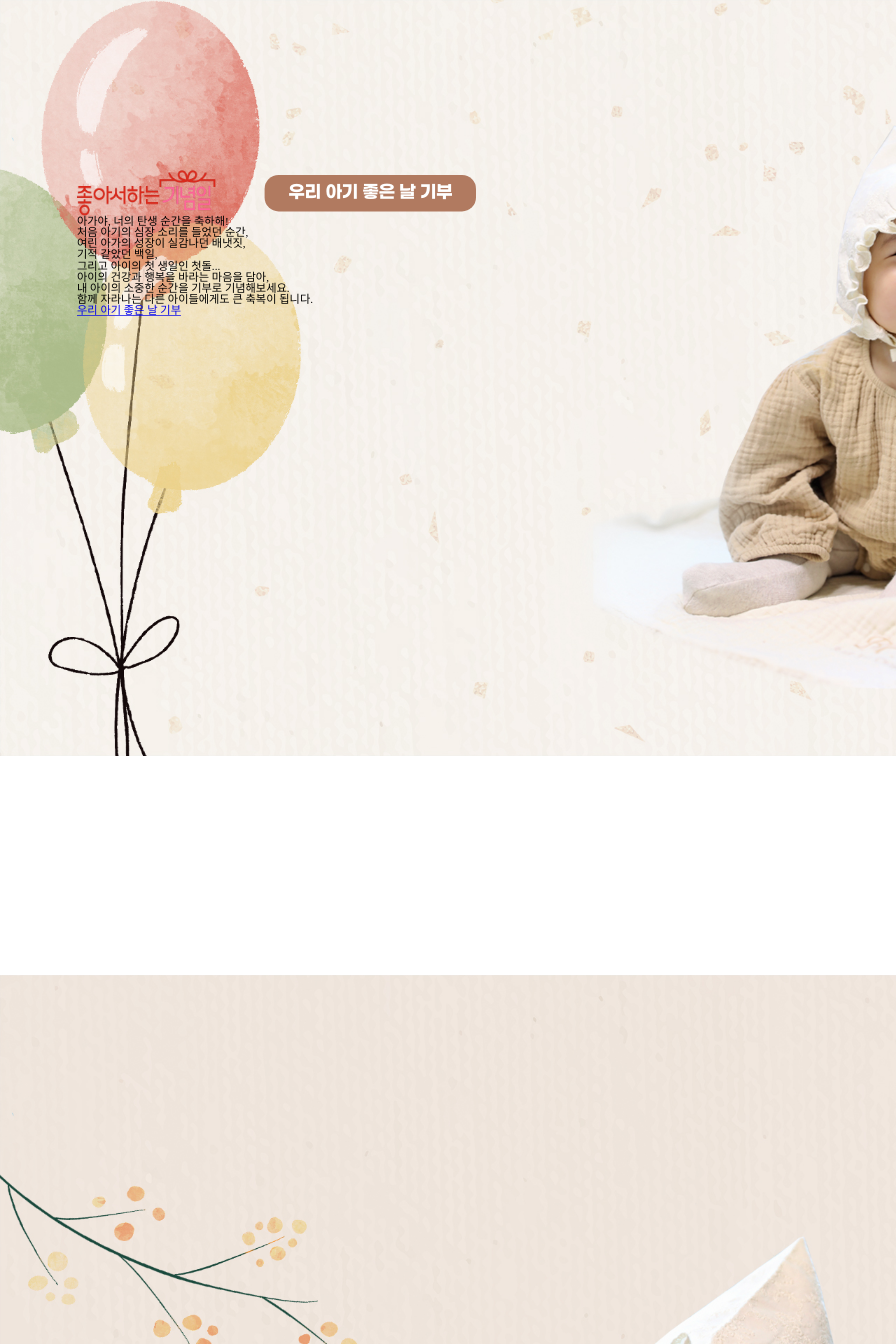
Repository: dlgywls1130/save_the_children
Page: index.html
These files come from the project's save history. The page is drawn as it stood at one moment and after the next save; the edit follows.
The browser window is 1280 px wide. The pictures show the part of the page from y = 0 to 1920 px (the page is 5153 px tall), at 70% of full size.

Above is the page before, as saved 2023-12-12 20:45:08.

### index.html
<!DOCTYPE html>
<html lang="en">
<head>
    <meta charset="UTF-8">
    <meta name="viewport" content="width=device-width, initial-scale=1.0">
    <title>세이브더칠드런</title>

    <link rel="stylesheet" href="./css/reset.css">
    <link rel="stylesheet" href="./css/style.css">
</head>
<body>
    <div class="content_body">
        <section class="section_wrapper section01">
            <div class="se01 se_wrapper">
                <div class="se01_sub">
                    <div class="sub_logo">
                        <img src="./img/logo01.png" alt="logo">
                    </div>
                    <p>우리 아기 좋은 날 기부</p>
                </div>
                <div class="seo01_title">
                    아가야,
                    너의 <span>탄생</span> 순간을 축하해!
                </div>
                <p class="section_descript">
                    처음 아기의 심장 소리를 들었던 순간,
                    <br>여린 아가의 성장이 실감나던 배냇짓,
                    <br>기적 같았던 백일,
                    <br>그리고 아이의 첫 생일인 첫돌...
                </p>
                <p class="section_descript">
                    아이의 건강과 행복을 바라는 마음을 담아,
                    <br>내 아이의 소중한 순간을 기부로 기념해보세요.
                    <br>함께 자라나는 다른 아이들에게도 큰 축복이 됩니다.
                </p>

                <a href="javascript:void(0)">우리 아기 좋은 날 기부</a>
            </div>
        </section>
        <section class="section_wrapper section02">
            <div class="se02 se_wrapper">

            </div>
        </section>
        <section class="section_wrapper section03">

        </section>
        <section class="section_wrapper section04">

        </section>
        <section class="section_wrapper section05">

        </section>
        <section class="section_wrapper section06">

        </section>
        <section class="section_wrapper section07">

        </section>
        <section class="section_wrapper section08">

        </section>
    </div>
</body>
</html>

### css/reset.css


html, body, div, span, applet, object, iframe,
h1, h2, h3, h4, h5, h6, p, blockquote, pre,
a, abbr, acronym, address, big, cite, code,
del, dfn, em, img, ins, kbd, q, s, samp,
small, strike, strong, sub, sup, tt, var,
b, u, i, center,
dl, dt, dd, ol, ul, li,
fieldset, form, label, legend,
table, caption, tbody, tfoot, thead, tr, th, td,
article, aside, canvas, details, embed,
figure, figcaption, footer, header, hgroup,
menu, nav, output, ruby, section, summary,
time, mark, audio, video {
	margin: 0;
	padding: 0;
	border: 0;
	font-size: 100%;
	font: inherit;
	vertical-align: baseline;
}

article, aside, details, figcaption, figure,
footer, header, hgroup, menu, nav, section {
	display: block;
}
body {
	line-height: 1;
}
ol, ul {
	list-style: none;
}
blockquote, q {
	quotes: none;
}
blockquote:before, blockquote:after,
q:before, q:after {
	content: '';
	content: none;
}
table {
	border-collapse: collapse;
	border-spacing: 0;
}

### css/style.css


/* font */

/* dongle */
@font-face {
    font-family: 'Dongle';
    font-weight: 300;
    src: url('../font/Dongle-Light.ttf') format('ttf'),
    url('../font/Dongle-Light.woff') format('woff');
}

@font-face {
    font-family: 'Dongle';
    font-weight: 500;
    src: url('../font/Dongle-Regular.ttf') format('ttf'),
    url('../font/Dongle-Regular.woff') format('woff');
}

@font-face {
    font-family: 'Dongle';
    font-weight: 700;
    src: url('../font/Dongle-Bold.ttf') format('ttf'),
    url('../font/Dongle-Bold.woff') format('woff');
}


/* Gmarket */
@font-face {
    font-family: 'GmarketSans';
    font-weight: 300;
    src: url('../font/GmarketSansLight.ttf') format('ttf'),
    url('../font/GmarketSansLight.woff') format('woff');
}

@font-face {
    font-family: 'GmarketSans';
    font-weight: 500;
    src: url('../font/GmarketSansMedium.ttf') format('ttf'),
    url('../font/GmarketSansMedium.woff') format('woff');
}

@font-face {
    font-family: 'GmarketSans';
    font-weight: 700;
    src: url('../font/GmarketSansBold.ttf') format('ttf'),
    url('../font/GmarketSansBold.woff') format('woff');
}


/* nanumsqure */

@font-face {
    font-family: 'NanumSquare';
    font-weight: 400;
    src: url('../font/NanumSquareL.ttf') format('ttf'),
    url('../font/NanumSquareL.woff') format('woff');
}

@font-face {
    font-family: 'NanumSquare';
    font-weight: 500;
    src: url('../font/NanumSquareR.ttf') format('ttf'),
    url('../font/NanumSquareR.woff') format('woff');
}

@font-face {
    font-family: 'NanumSquare';
    font-weight: 600;
    src: url('../font/NanumSquareB.ttf') format('ttf'),
    url('../font/NanumSquareB.woff') format('woff');
}

@font-face {
    font-family: 'NanumSquare';
    font-weight: 700;
    src: url('../font/NanumSquareEB.ttf') format('ttf'),
    url('../font/NanumSquareEB.woff') format('woff');
}



/* scdream5 */
@font-face {
    font-family: 'SCDream5';
    src: url('../font/SCDream5.woff') format('woff'),
    url('../font/SCDream5.ttf') format('ttf'),
    url('../font/SCDream5.otf') format('otf');
}


.section_wrapper{
    max-width:1920px;
    width: 100%;

}

.se_wrapper{
    max-width: 1060px;
    margin: 0 auto;
    width: 100%;
}


/* section01 */


.section01{
    height: 1080px;
    padding: 243px 0 70px;
    background: url('../img/back01.jpg') no-repeat;
}

.se01_sub{
    display: flex;
    align-items: center;
}

.sub_logo{
    width: 198px;
    height: 65px;
    margin-right: 70px;
}

.sub_logo img{
    width: 100%;
    height: 100%;
}

.se01_sub p{
    width: 302px;
    height: 52px;
    background: #B17A60;
    border-radius: 20px;
    display: flex;
    align-items: center;
    justify-content: center;
    letter-spacing: -0.03em;
    font-size: 25px;
    font-weight: 700;
    font-family: 'GmarketSans',sans-serif;
    color: #fff;
}

/* section02 */

.section02{
    height: 1340px;
    background: url('../img/back03.jpg') no-repeat;
}

/* section03 */

.section03{
    height: 1340px;
    background: url('../img/back04.jpg') no-repeat;
}

/* section04 */

.section04{
    height: 1080px;

}

/* section05 */

/* section06 */

/* section07 */

/* section08 */

After the next save:
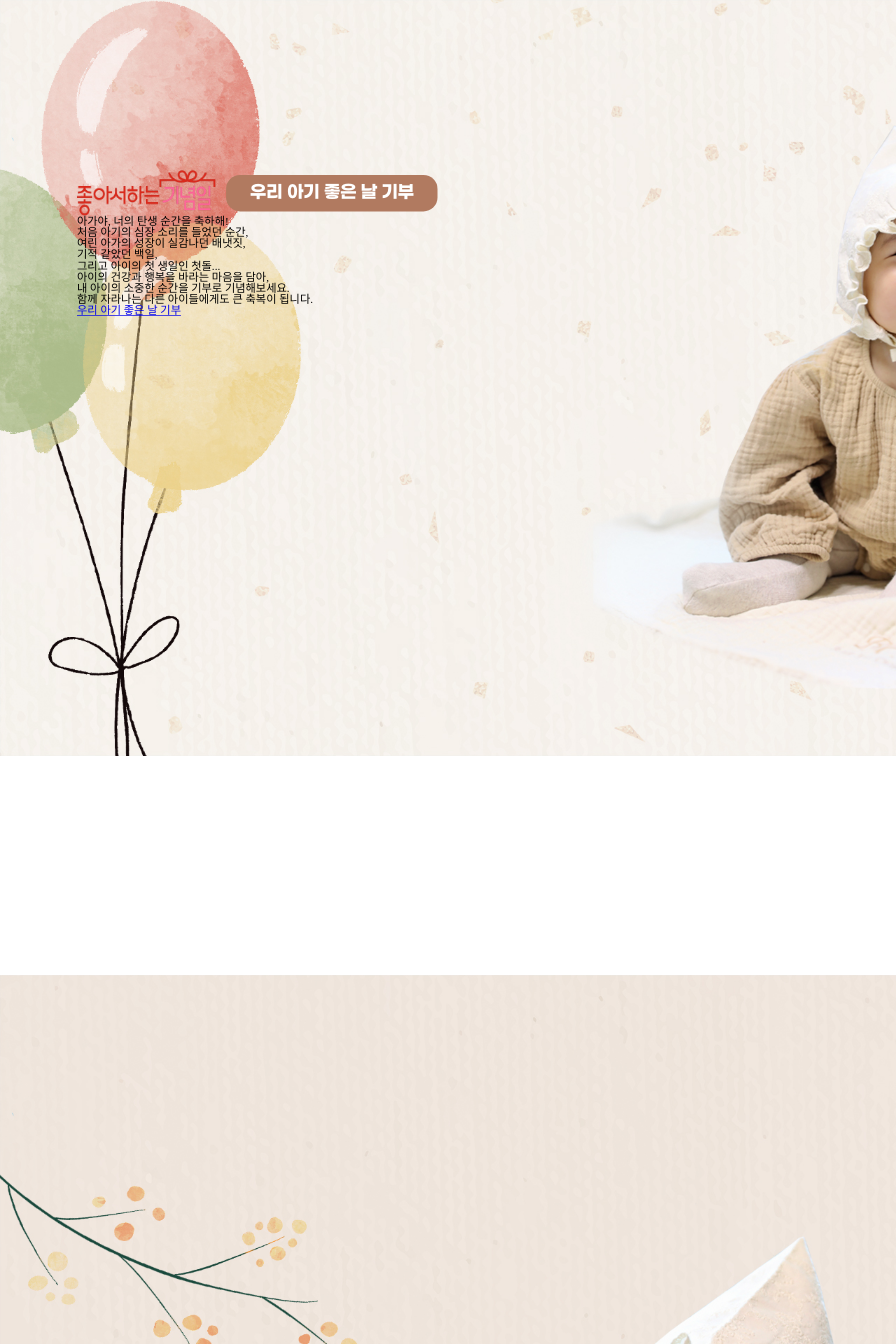
Saved 12 s later.
--- a/css/style.css
+++ b/css/style.css
@@ -119,7 +119,7 @@
 .sub_logo{
     width: 198px;
     height: 65px;
-    margin-right: 70px;
+    margin-right: 15px;
 }
 
 .sub_logo img{
